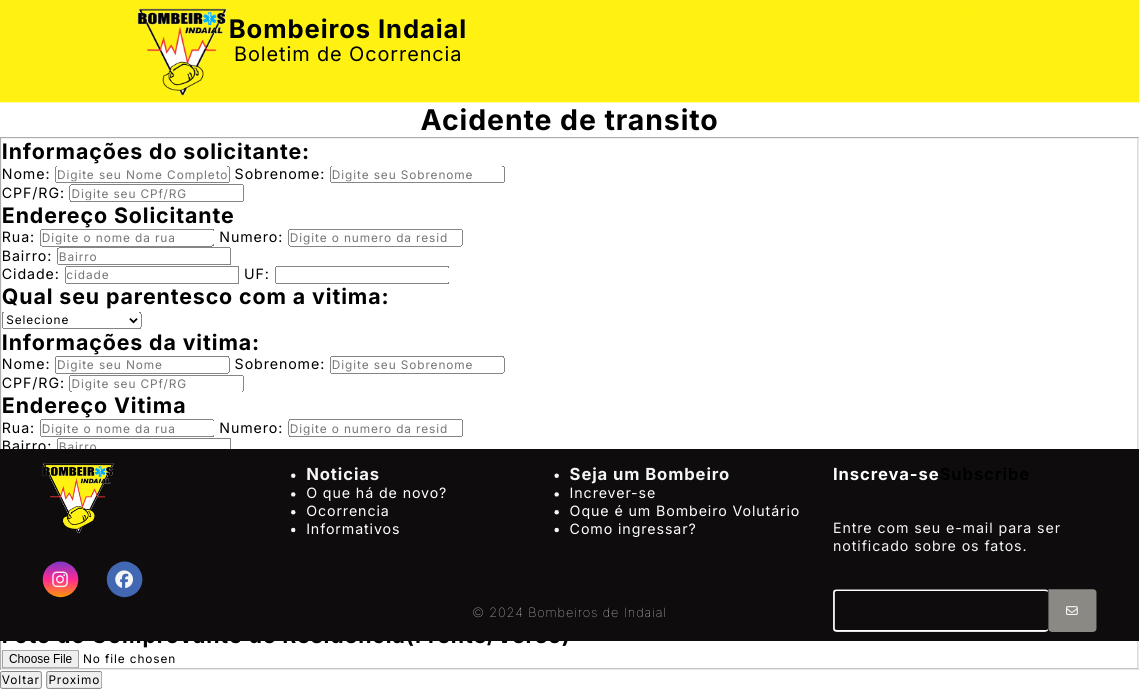
Repository: ThaylonKnopf/ProjetoBV
Page: AcidenteTransito/transitoparente/Form.html
The author's editor kept a copy of each file at every save. The page is drawn from the files as they stood at one save, then again after a run of saves.
The browser window is 1280 px wide. The pictures show the whole page, at 89% of full size.

Above is the page before, as saved 2024-04-08 11:30:53.

After the next 7 saves:
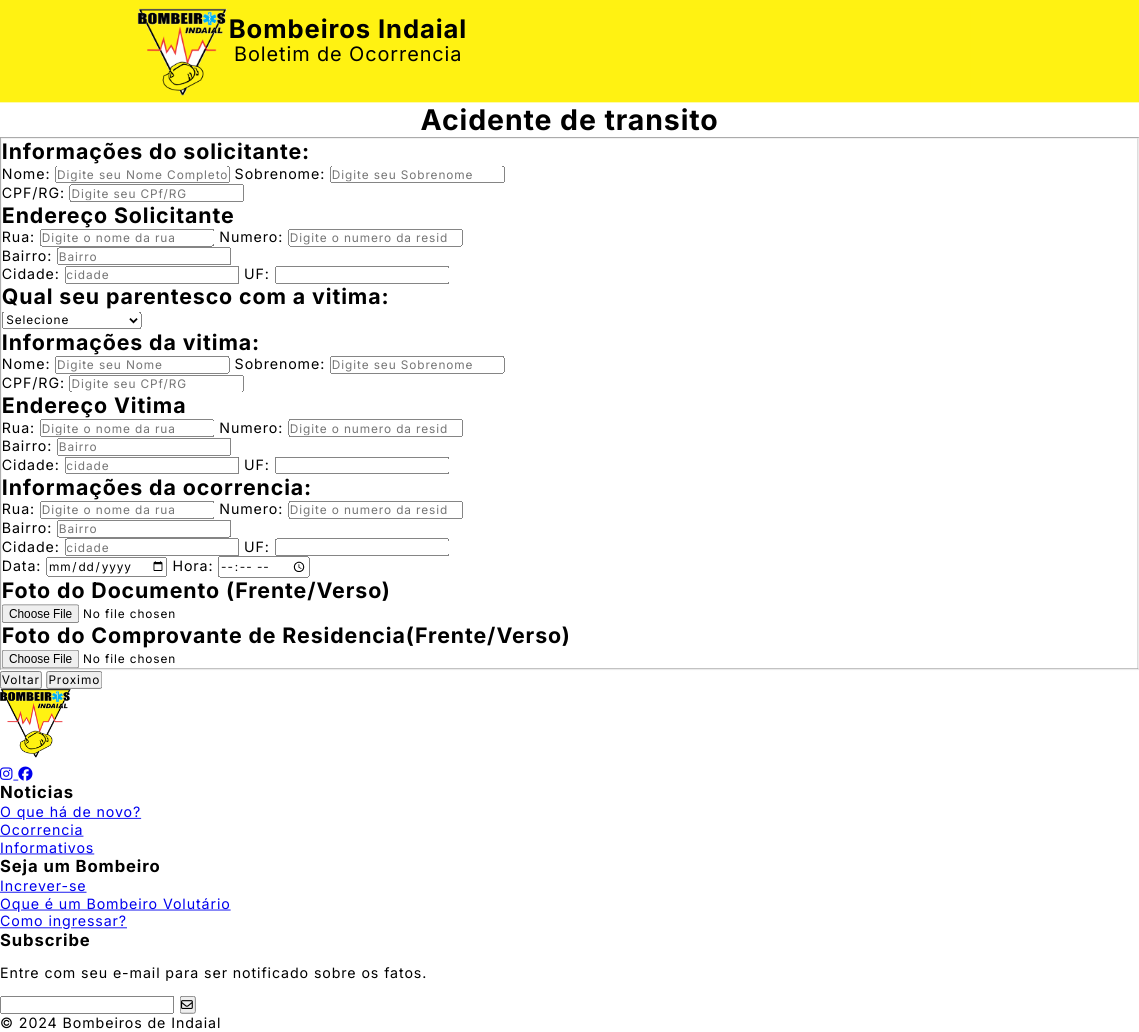
Not found: header/footer/
The 7 saves are shown as one change because they came seconds apart.
The last was saved 107 s later.
--- a/AcidenteTransito/transitoparente/Form.html
+++ b/AcidenteTransito/transitoparente/Form.html
@@ -144,7 +144,7 @@
             </div>
         </main>
         <footer id="footer">
-            <link rel="stylesheet" href="/footer.css">
+            <link rel="stylesheet" href="/header/footer/">
             <div id="footer_content">
                 <div id="footer_contacts">
                     <a href="https://bombeirosindaial.com.br/" target="_blank">

After the save that followed:
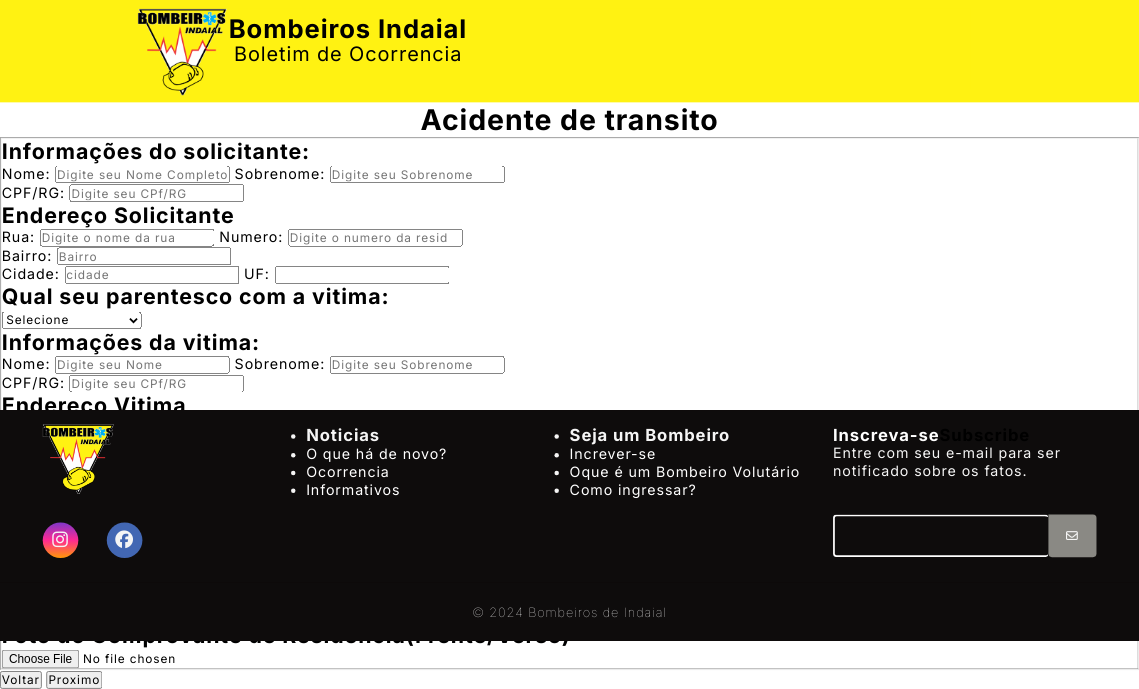
Saved 4 s later.
--- a/AcidenteTransito/transitoparente/Form.html
+++ b/AcidenteTransito/transitoparente/Form.html
@@ -144,7 +144,7 @@
             </div>
         </main>
         <footer id="footer">
-            <link rel="stylesheet" href="/header/footer/">
+            <link rel="stylesheet" href="/header/footer/footer.css">
             <div id="footer_content">
                 <div id="footer_contacts">
                     <a href="https://bombeirosindaial.com.br/" target="_blank">
